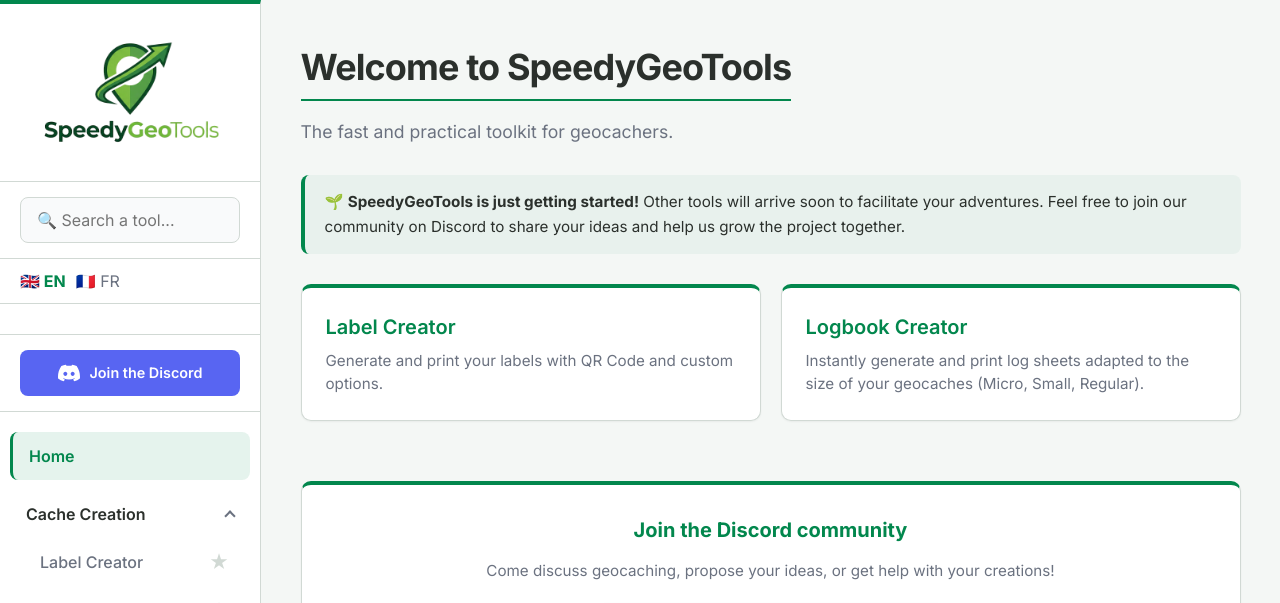
Repository: rodafux/SpeedyGeoTools
Page: index.html
These files come from the project's save history. The page is drawn as it stood at one moment and after the next save; the edit follows.
The browser window is 1280 px wide. The pictures show the part of the page from y = 0 to 603 px (the page is 1323 px tall).
Pictures or frames that could not be fetched are drawn as grey boxes.

Above is the page before, as saved 2026-04-11 01:10:27.

After the next save:
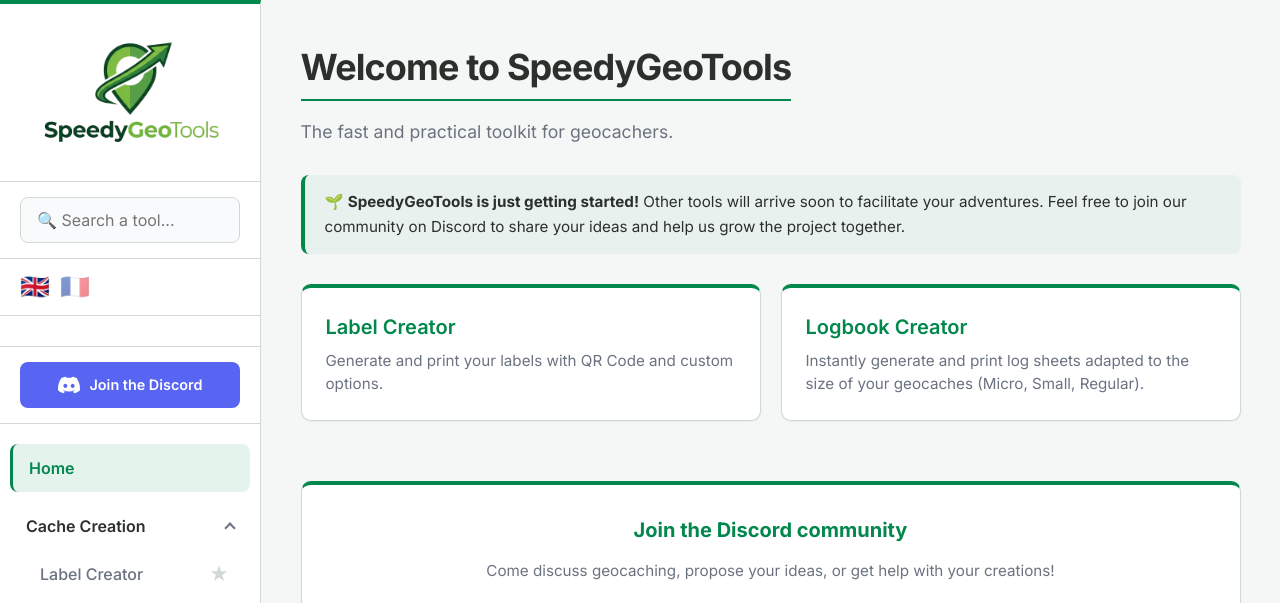
Saved 12 min 48 s later.
--- a/index.html
+++ b/index.html
@@ -26,8 +26,8 @@
                 <input type="text" id="toolSearch" placeholder="🔍 Search a tool..." onkeyup="filterTools()">
             </div>
             <div style="padding: 10px 20px; border-bottom: 1px solid var(--border-color); display: flex; gap: 10px;">
-                <a href="index.html" style="text-decoration: none; font-weight: bold; color: var(--primary-color);">🇬🇧 EN</a>
-                <a href="fr/index.html" style="text-decoration: none; color: var(--text-muted);">🇫🇷 FR</a>
+                <a href="index.html" style="text-decoration: none; font-size: 1.5rem; opacity: 1;">🇬🇧</a>
+                <a href="fr/index.html" style="text-decoration: none; font-size: 1.5rem; opacity: 0.5;">🇫🇷</a>
             </div>
             <div id="google_translate_element" class="translation-widget"></div>
             <div class="sidebar-discord">
